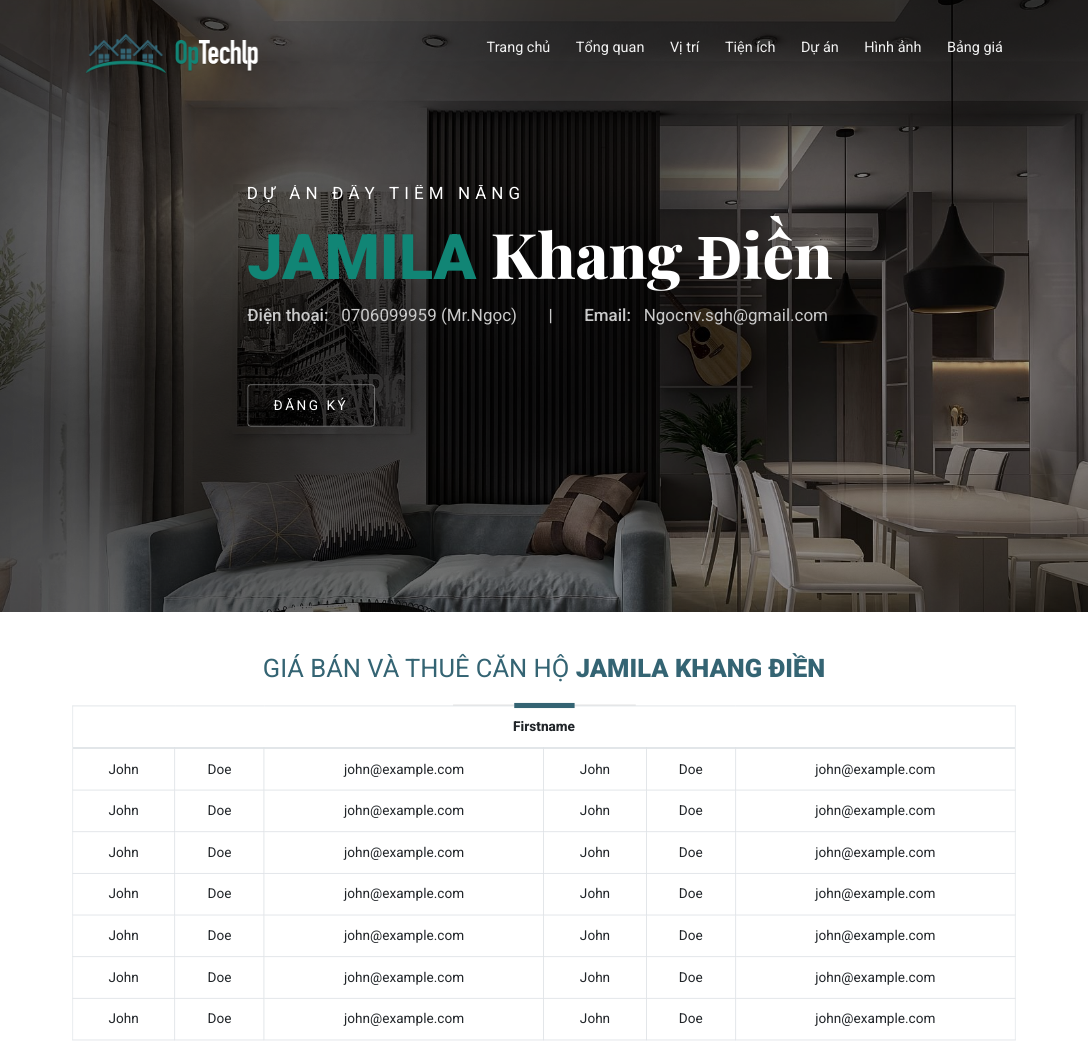
Repository: phunobi1807/Myweb
Page: index.html
The author's editor kept a copy of each file at every save. The page is drawn from the files as they stood at one save, then again after the next save.
The browser window is 1280 px wide. The pictures show the whole page, at 85% of full size.
Some web fonts or font styles are not loaded; a fallback is used.

Above is the page before, as saved 2021-05-14 11:46:17.

After the next save:
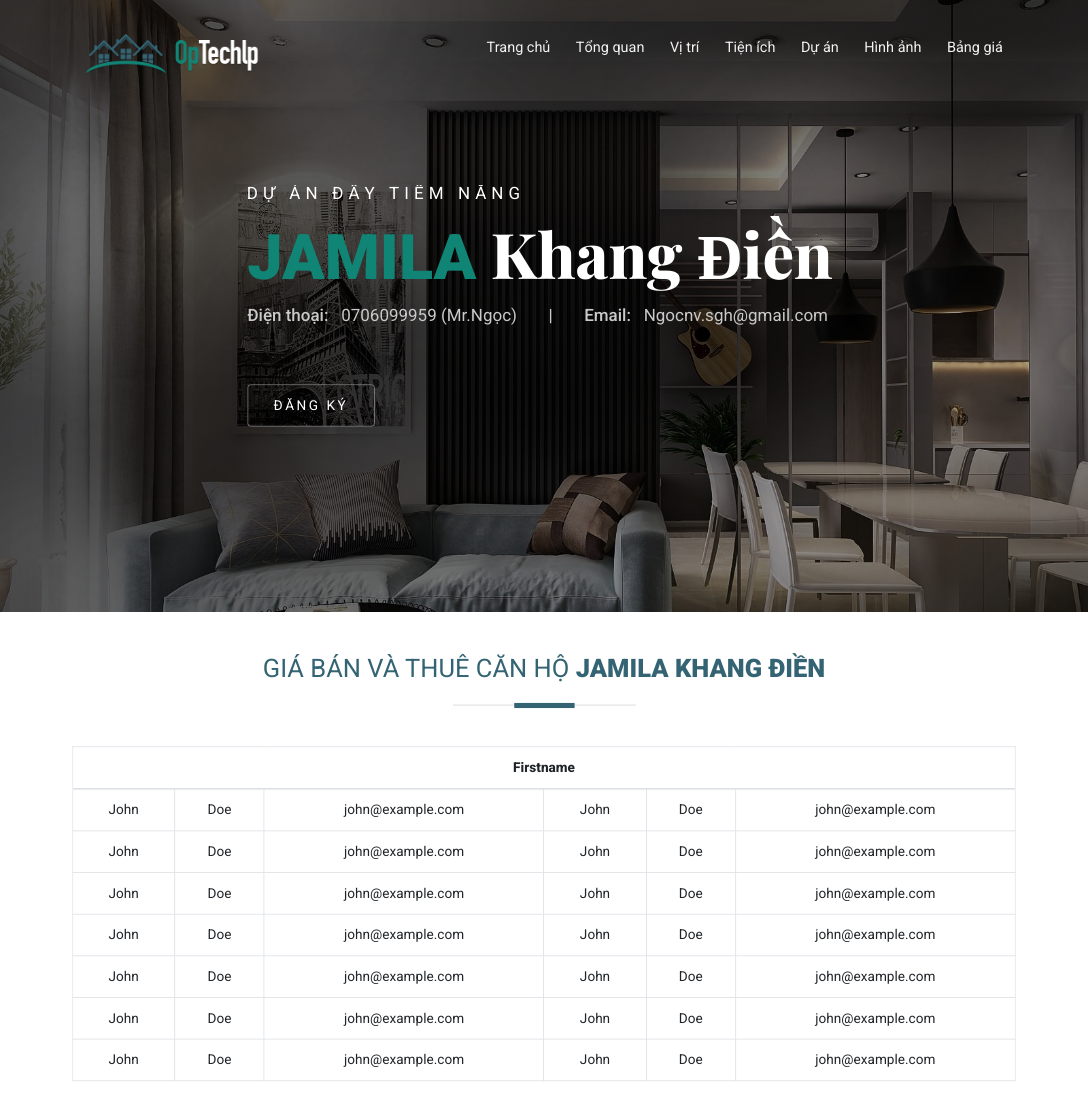
Saved 9 s later.
--- a/index.html
+++ b/index.html
@@ -46,7 +46,7 @@
                 <div class="gach-chan">
                     <div class="gachchan"></div>
                 </div>
-                <table class="table table-bordered">
+                <table class="table table-bordered mt-5">
                     <thead>
                         <tr>
                             <th colspan="6">Firstname</th>
